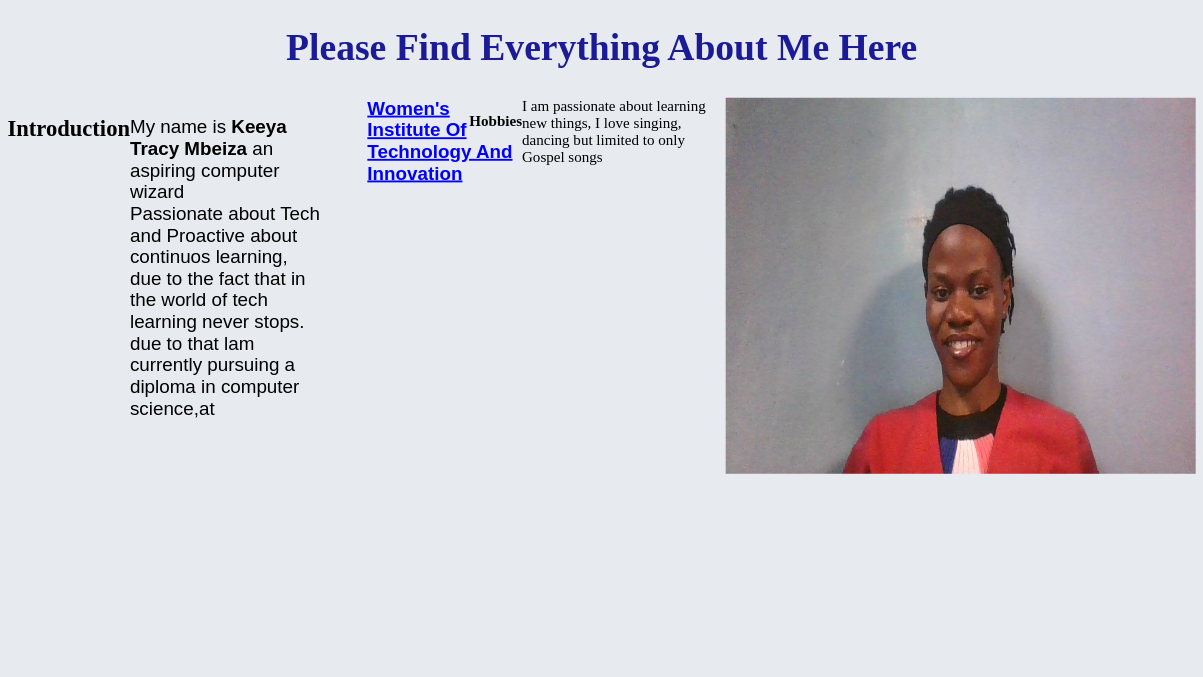
Repository: tracykeeya/my_first_web
Page: index.html
These files come from the project's save history. The page is drawn as it stood at one moment and after the next save; the edit follows.
The browser window is 1280 px wide. The pictures show the whole page, at 94% of full size.

Above is the page before, as saved 2025-11-03 11:42:56.

After the next save:
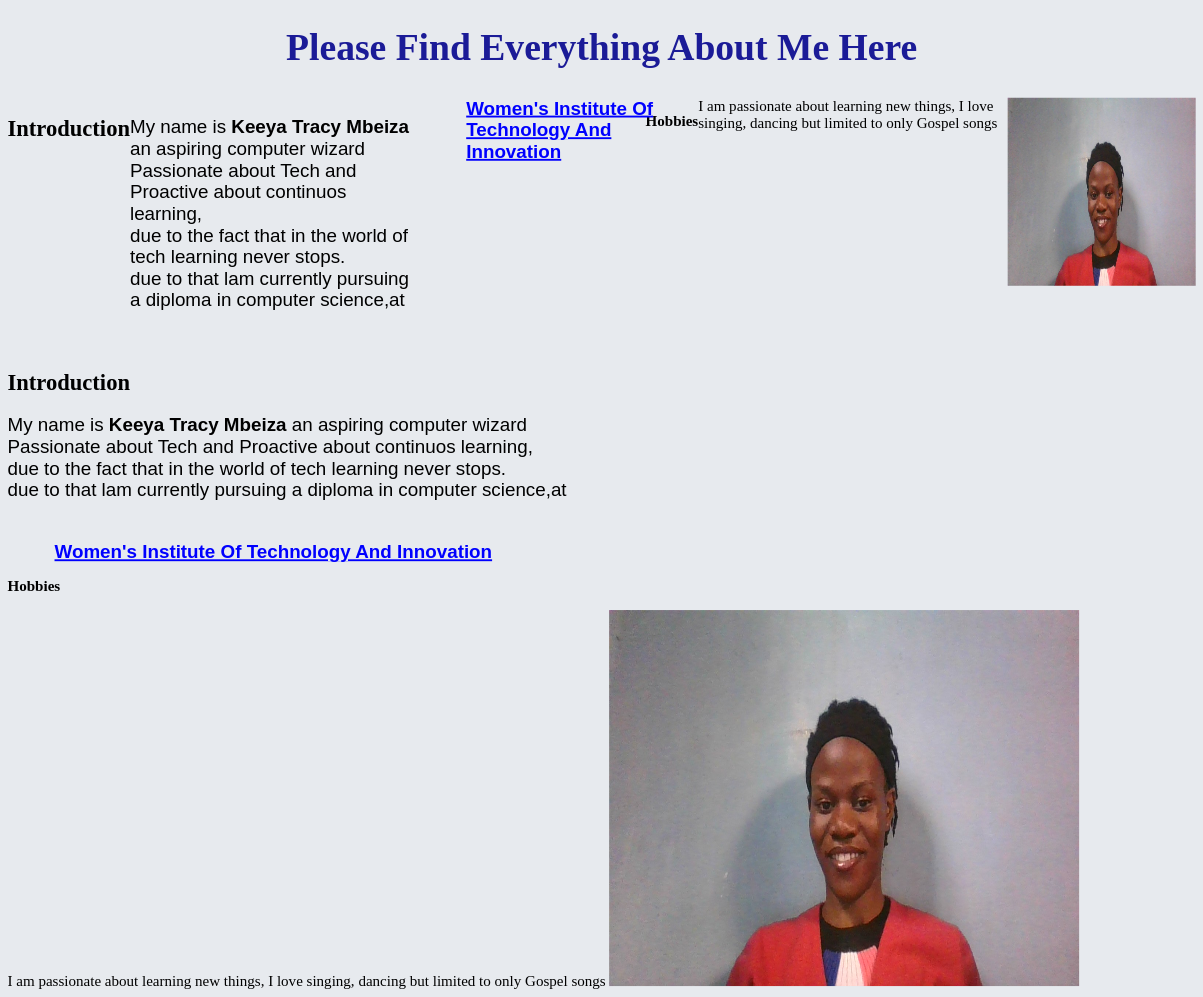
Saved 57 s later.
--- a/index.html
+++ b/index.html
@@ -12,7 +12,24 @@
 
     <!-- putting the text and the img in one section -->
     <div style="display: flex; align-items: flex-start; justify-content: space-between;">
+    <h2>Introduction</h2>
 
+    <p style="font-size: 20px; font-family: Arial, Helvetica, sans-serif; text-align: left; color: rgb(0, 0, 0)">My name is<strong> Keeya Tracy Mbeiza</strong> an aspiring computer wizard<br>Passionate about Tech and Proactive about continuos learning,<br> due to the fact that in the world of tech learning never stops.<br> due to that lam currently pursuing a diploma in computer science,at<br>
+        </br></p>
+    <a href="https://www.witi.ac.ug/" style="position: relative; left: 50px; color: rgb(0, 0, 255); font-size: 20px; font-family: Arial, Helvetica, sans-serif"><b> Women's Institute Of Technology And Innovation</b></a>
+
+    <p><b>Hobbies</b></p>
+    I am passionate about learning new things,
+    I love singing, dancing but limited to only Gospel songs
+
+
+    <!-- <img src="https://www.witi.ac.ug/wp-content/uploads/2020/08/WhatsApp-Image-2020-08-14-at-11.16.16-AM.jpeg" alt=""> -->
+    <img src="/Tracy.jpg " alt="" width="200px"; height="200px";>
+    </div>
+</body>
+</html>
+
+<!-- <img src="https://www.witi.ac.ug/wp-content/uploads/2020/08/WhatsApp-Image-2020-08-14-at-11.16.16-AM.jpeg" alt="" width="200px"; height="200px";> -->
     <h2>Introduction</h2>
 
     <p style="font-size: 20px; font-family: Arial, Helvetica, sans-serif; text-align: left; color: rgb(0, 0, 0)">My name is<strong> Keeya Tracy Mbeiza</strong> an aspiring computer wizard<br>Passionate about Tech and Proactive about continuos learning,<br> due to the fact that in the world of tech learning never stops.<br> due to that lam currently pursuing a diploma in computer science,at<br>

After the save that followed:
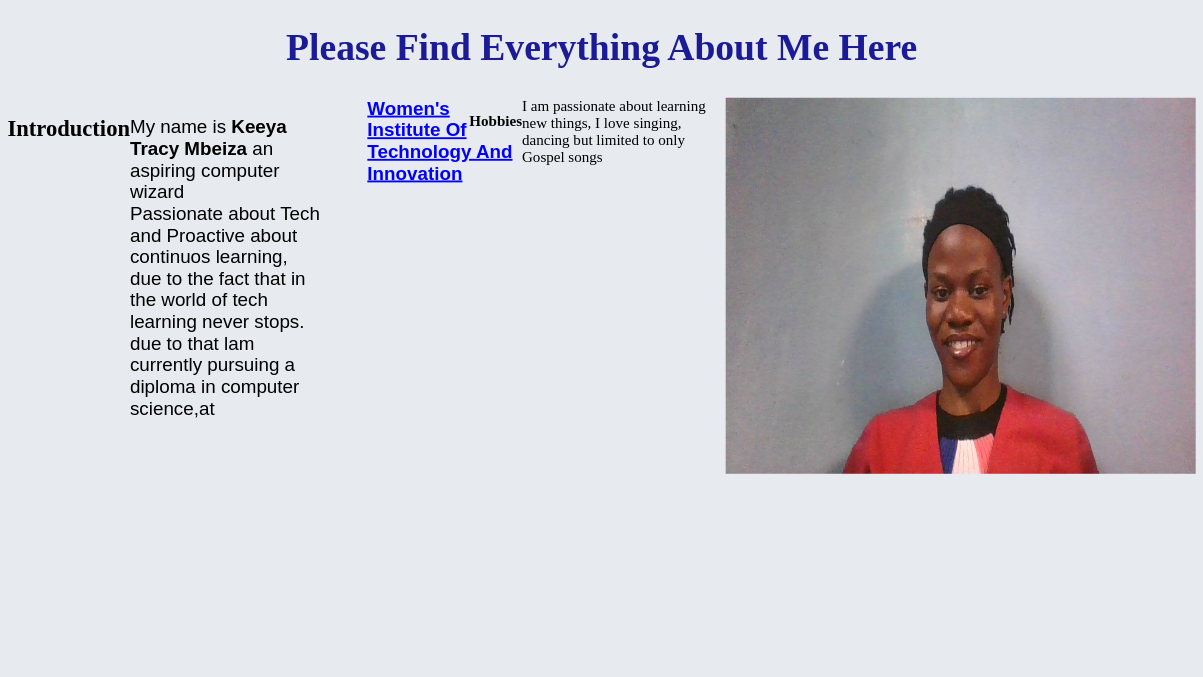
Saved 7 s later.
--- a/index.html
+++ b/index.html
@@ -12,24 +12,7 @@
 
     <!-- putting the text and the img in one section -->
     <div style="display: flex; align-items: flex-start; justify-content: space-between;">
-    <h2>Introduction</h2>
 
-    <p style="font-size: 20px; font-family: Arial, Helvetica, sans-serif; text-align: left; color: rgb(0, 0, 0)">My name is<strong> Keeya Tracy Mbeiza</strong> an aspiring computer wizard<br>Passionate about Tech and Proactive about continuos learning,<br> due to the fact that in the world of tech learning never stops.<br> due to that lam currently pursuing a diploma in computer science,at<br>
-        </br></p>
-    <a href="https://www.witi.ac.ug/" style="position: relative; left: 50px; color: rgb(0, 0, 255); font-size: 20px; font-family: Arial, Helvetica, sans-serif"><b> Women's Institute Of Technology And Innovation</b></a>
-
-    <p><b>Hobbies</b></p>
-    I am passionate about learning new things,
-    I love singing, dancing but limited to only Gospel songs
-
-
-    <!-- <img src="https://www.witi.ac.ug/wp-content/uploads/2020/08/WhatsApp-Image-2020-08-14-at-11.16.16-AM.jpeg" alt=""> -->
-    <img src="/Tracy.jpg " alt="" width="200px"; height="200px";>
-    </div>
-</body>
-</html>
-
-<!-- <img src="https://www.witi.ac.ug/wp-content/uploads/2020/08/WhatsApp-Image-2020-08-14-at-11.16.16-AM.jpeg" alt="" width="200px"; height="200px";> -->
     <h2>Introduction</h2>
 
     <p style="font-size: 20px; font-family: Arial, Helvetica, sans-serif; text-align: left; color: rgb(0, 0, 0)">My name is<strong> Keeya Tracy Mbeiza</strong> an aspiring computer wizard<br>Passionate about Tech and Proactive about continuos learning,<br> due to the fact that in the world of tech learning never stops.<br> due to that lam currently pursuing a diploma in computer science,at<br>
